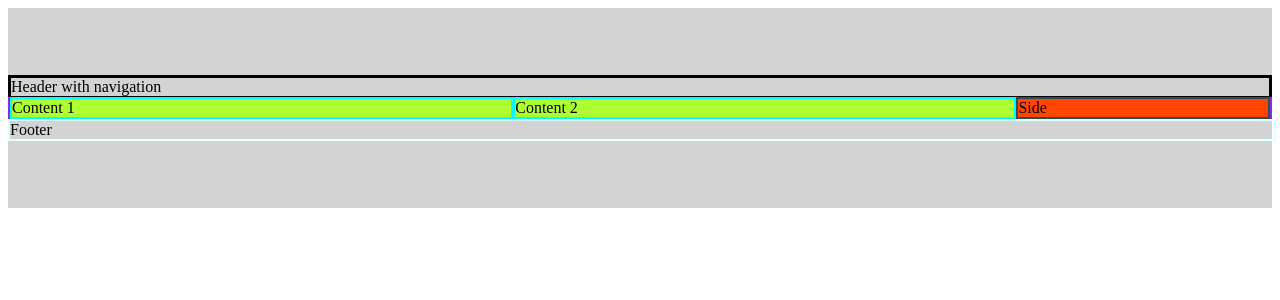
Repository: julihocc/javascript-interview-practice
Page: 01 HTML CSS/Exercise 74/index.html
These files come from the project's save history. The page is drawn as it stood at one moment and after the next save; the edit follows.
The browser window is 1280 px wide. The pictures show the whole page.

Above is the page before, as saved 2022-09-18 19:03:16.

After the next save:
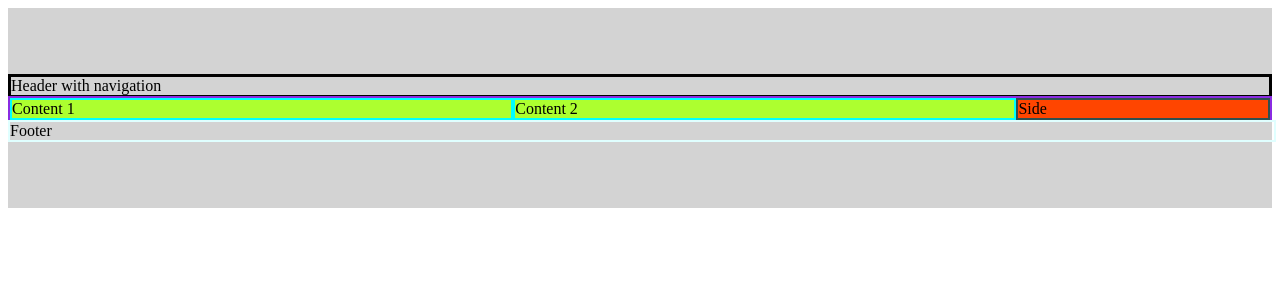
Saved 9 s later.
--- a/01 HTML CSS/Exercise 74/styles.css
+++ b/01 HTML CSS/Exercise 74/styles.css
@@ -24,6 +24,7 @@
 
 .container div{
     margin-top: -2px
+    margi
 }
 
 .content {

After the 3 saves that followed:
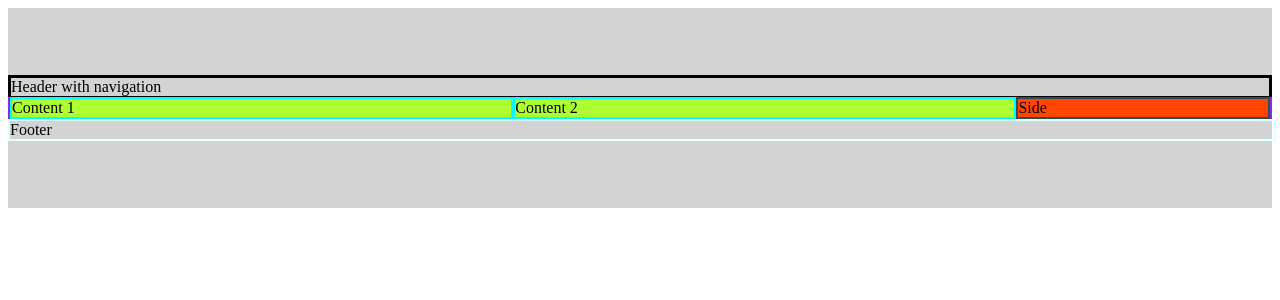
The 3 saves are shown as one change because 2 left the picture as it was.
The last was saved 10 s later.
--- a/01 HTML CSS/Exercise 74/styles.css
+++ b/01 HTML CSS/Exercise 74/styles.css
@@ -23,8 +23,8 @@
 }
 
 .container div{
-    margin-top: -2px
-    margi
+    margin-top: -2px;
+    margin-left:
 }
 
 .content {
